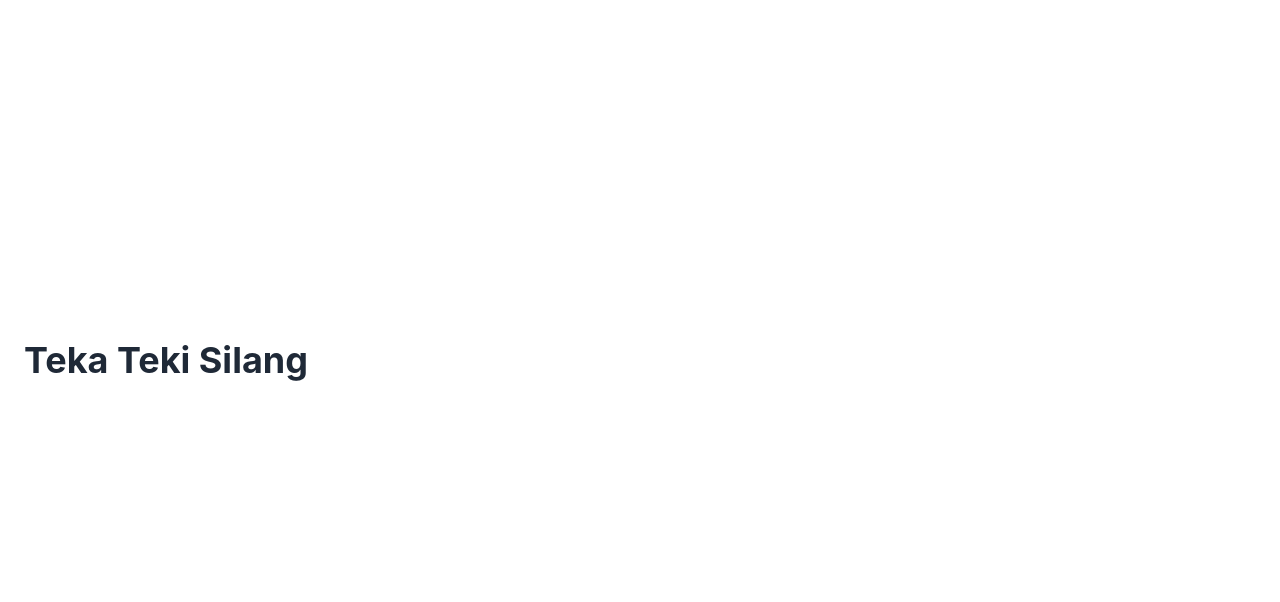
Repository: farrelmuhammad/tts-clue
Page: /
An editor plug-in stored every save of this project. The page is shown before and after the next save, followed by the edit.
The browser window is 1280 px wide. The pictures show the whole page.
The project was rebuilt for these pictures with package versions that can differ from the ones it lists, and the page was loaded fresh each time. Also part of the build but not shown: src/App.css.

Above is the page before, as saved 2023-02-02 18:08:20.

After the next save:
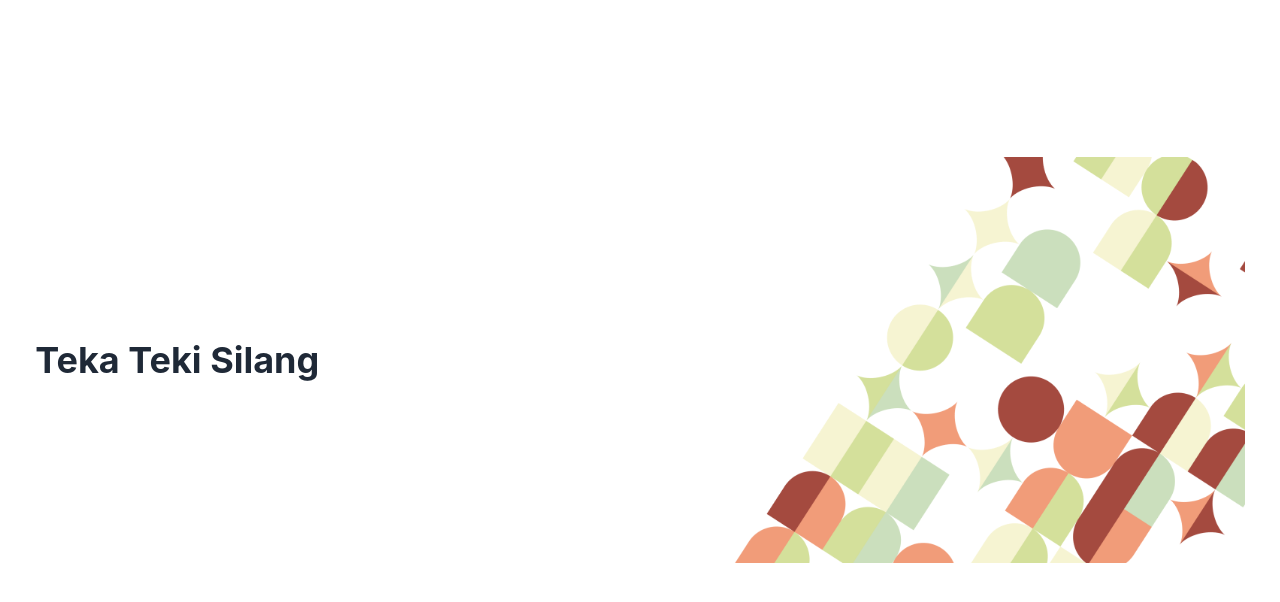
Saved 8 s later.
--- a/src/App.js
+++ b/src/App.js
@@ -10,9 +10,8 @@ function App() {
             <div class="grow-0 shrink-1 md:shrink-0 basis-auto xl:w-6/12 lg:w-6/12 md:w-9/12 mb-12 md:mb-0">
               <h1 class="text-4xl font-bold text-gray-800">Teka Teki Silang</h1>
             </div>
-            {/* <div class="xl:ml-20 xl:w-5/12 lg:w-5/12 md:w-8/12 mb-12 md:mb-0"> */}
-            <div class="grow-0 shrink-1 md:shrink-0 basis-auto xl:w-6/12 lg:w-6/12 md:w-9/12 mb-12 md:mb-0" style={{backgroundImage: `${bgHome}`}}>
-              {/* <img src={bgHome} class="w-full h-full object-cover" /> */}
+            <div class="xl:ml-20 xl:w-5/12 lg:w-5/12 md:w-8/12 mb-12 md:mb-0">
+              <img src={bgHome} class="w-full h-full object-cover" />
             </div>
           </div>
         </div>
